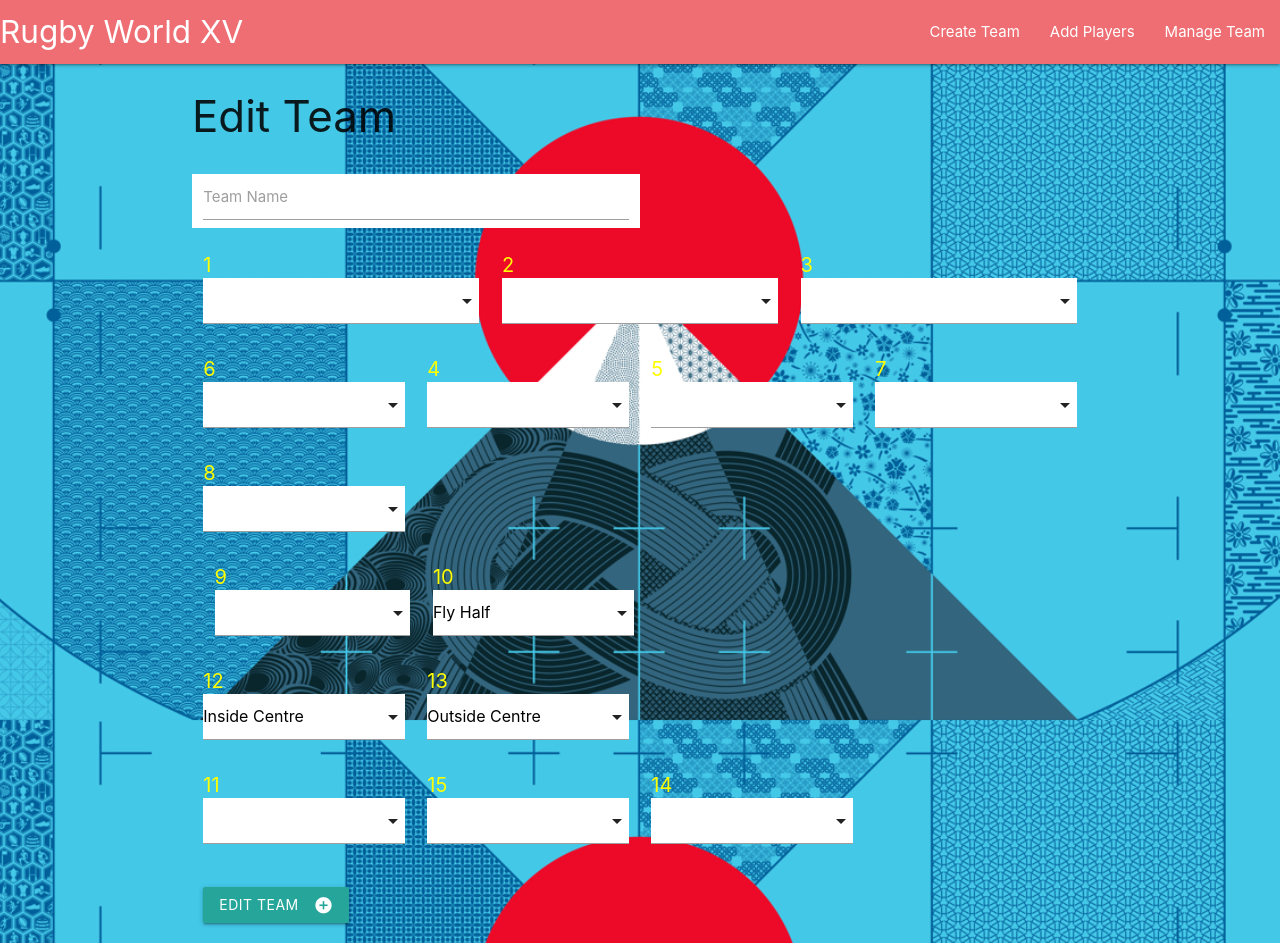
Repository: StephenWhittington/rugby-world-xv
Page: templates/editteam.html
The author's editor kept a record of every edit. The page is drawn from the files as they stood at one moment, then again after the next edit.
The browser window is 1280 px wide. The pictures show the whole page.
Backgrounds fixed to the window are drawn as part of the page. The page is served by the project's application, run on Flask 3 (app.py). The template is opened directly, without the code that normally fills it, so the values that code supplies are empty.

Above is the page before.

### templates/editteam.html
{% extends 'base.html' %} {% block content %}
<h3 class="header-text">Edit Team</h3>
<div class="row">
    <form action="{{ url_for('update_team', team_id=team._id) }}" method="POST" class="col s12">
        <div class="row">
            <div class="input-field input-info col s6">
                <input id="team_name" name="team_name" type="text" class="validate" value="{{team.team_name}}">
                <label for="team_name">Team Name</label>
            </div>
        </div>
        <div class="row">
            <div class="input-field col s4">
                <select id="loose_head_prop" name="loose_head_prop">
                <option value="{{team.loose_head_prop}}">{{team.loose_head_prop}}</option>
                </select>
                <label for="loose_head_prop">1</label>
            </div>
            <div class="input-field col s4">
                <select id="hooker" name="hooker">
                    <option value="{{team.hooker}}">{{team.hooker}}</option>
                    </select>
                <label for="hooker">2</label>
            </div>
            <div class="input-field col s4">
                <select id="tight_head_prop" name="tight_head_prop">


                <option value="{{team.tight_head_prop}}">{{team.tight_head_prop}}</option>

                    </select>
                <label for="tight_head_prop">3</label>
            </div>
        </div>
        <div class="row">
            <div class="input-field col s3">
                <select id="blind_side_flanker" name="blind_side_flanker">

                <option value="{{team.blind_side_flanker}}">{{team.blind_side_flanker}}</option>

                    </select>
                <label for="blind_side_flanker">6</label>
            </div>
            <div class="input-field col s3">
                <select id="second_row" name="second_row">

                <option value="{{team.second_row}}">{{team.second_row}}</option>

                    </select>
                <label for="second_row">4</label>
            </div>
            <div class="input-field col s3">
                <select id="second_row_2" name="second_row_2">

                <option value="{{team.second_row_2}}">{{team.second_row_2}}</option>

                    </select>
                <label for="second_row_2">5</label>
            </div>
            <div class="input-field col s3">
                <select id="open_side_flanker" name="open_side_flanker">

                <option value="{{team.open_side_flanker}}">{{team.open_side_flanker}}</option>

                    </select>
                <label for="open_side_flanker">7</label>
            </div>
        </div>
        <div class="row">
            <div class="input-field col s3">
                <select id="number_eight" name="number_eight">

                <option value="{{team.number_eight}}">{{team.number_eight}}</option>

                    </select>
                <label for="number_eight">8</label>
            </div>
        </div>
        <div clas="row">
            <div class="input-field col s3">
                <select id="scrum_half" name="scrum_half">

                <option value="{{team.scrum_half}}">{{team.scrum_half}}</option>

                    </select>
                <label for="scrum_half">9</label>
            </div>
        </div>
        <div class="row">
            <div class="input-field col s3">
                <select id="fly_half" name="fly_half">
                    <option value="" disabled selected>Fly Half</option>

                <option value="{{team.fly_half}}">{{team.fly_half}}</option>

                    </select>
                <label for="fly_half">10</label>
            </div>
        </div>
        <div class="row">
            <div class="input-field col s3">
                <select id="inside_centre" name="inside_centre">
                    <option value="" disabled selected>Inside Centre</option>

                <option value="{{team.inside_centre}}">{{team.inside_centre}}</option>

                    </select>
                <label for="inside_centre">12</label>
            </div>
            <div class="input-field col s3">
                <select id="outside_centre" name="outside_centre">
                    <option value="" disabled selected>Outside Centre</option>

                <option value="{{team.outside_centre}}">{{team.outside_centre}}</option>

                    </select>
                <label for="outside_centre">13</label>
            </div>
        </div>
        <div class="row">
            <div class="input-field col s3">
                <select id="left_wing" name="left_wing">

                <option value="{{team.left_wing}}">{{team.right_wing}}</option>

                    </select>
                <label for="left_wing">11</label>
            </div>
            <div class="input-field col s3">
                <select id="full_back" name="full_back">

                <option value="{{team.full_back}}">{{team.full_back}}</option>

                    </select>
                <label for="full_back">15</label>
            </div>
            <div class="input-field col s3">
                <select id="right_wing" name="right_wing">

                <option value="{{team.right_wing}}">{{team.right_wing}}</option>

                    </select>
                <label for="right_wing">14</label>
            </div>
        </div>
        <div class="row">
            <div class="col s3">
                <button class="btn waves-effect waves-light" type="submit" name="action">Edit Team
                <i class="material-icons right">add_circle</i>
             </button>
            </div>
        </div>
    </form>
</div>



{% endblock %}

### templates/base.html
<!DOCTYPE html>
<html lang="en">

<head>
    <meta charset="UTF-8">
    <meta name="viewport" content="width=device-width, initial-scale=1.0">
    <meta http-equiv="X-UA-Compatible" content="ie=edge">
    <link href="https://fonts.googleapis.com/icon?family=Material+Icons" rel="stylesheet">
    <link rel="stylesheet" href="https://cdnjs.cloudflare.com/ajax/libs/materialize/1.0.0/css/materialize.min.css">
    <link rel="stylesheet" href="{{url_for('static', filename='css/style.css')}}" type="text/css" />
    <title>World XV</title>
</head>

<body class="background_image">

    <header>
        <nav>
            <div class="nav-wrapper">
                <a href="{{url_for('view_team')}}" class="brand-logo">Rugby World XV</a>
                <a href="#" data-target="mobile-demo" class="sidenav-trigger"><i class="material-icons">menu</i></a>
                <ul id="nav-mobile" class="right hide-on-med-and-down">
                    <li><a href="{{url_for('create_team')}}">Create Team</a></li>
                    <li><a href="{{url_for('new_team')}}">Add Players</a></li>
                    <li><a href="{{url_for('manage_team')}}">Manage Team</a></li>
                </ul>
            </div>
        </nav>
        <ul class="sidenav" id="mobile-demo">
            <li><a href="{{url_for('create_team')}}">Create Team</a></li>
            <li><a href="{{url_for('new_team')}}">Add Players</a></li>
            <li><a href="{{url_for('manage_team')}}">Manage Team</a></li>
        </ul>
    </header>



    <div class="container">
        {% block content %} {% endblock %}
    </div>


    <script src="https://code.jquery.com/jquery-3.4.1.js" integrity="sha256-WpOohJOqMqqyKL9FccASB9O0KwACQJpFTUBLTYOVvVU=" crossorigin="anonymous"></script>
    <script src="https://cdnjs.cloudflare.com/ajax/libs/materialize/1.0.0/js/materialize.min.js"></script>
    <script type="text/javascript">
        $(document).ready(function() {
            $('.collapsible').collapsible();
            $('select').formSelect();
            $('.sidenav').sidenav();
        });
    </script>
</body>

</html>

### app.py
import os
from flask import Flask, render_template, redirect, request, url_for, request
from flask_pymongo import PyMongo
from bson.objectid import ObjectId
from dotenv import load_dotenv
load_dotenv()

app = Flask(__name__)

app.config["MONGO_URI"] = os.getenv("MONGO_URI")

mongo = PyMongo(app)



@app.route('/')
@app.route('/create_team')
def view_team():
    return render_template("team.html",
                            first_players_collection=mongo.db.players.find(),
                            second_players_collection = mongo.db.players.find(),
                            third_players_collection = mongo.db.players.find(),
                            fourth_players_collection = mongo.db.players.find(),
                            fith_players_collection = mongo.db.players.find(),
                            sixth_players_collection = mongo.db.players.find(),
                            seventh_players_collection = mongo.db.players.find(),
                            eighth_players_collection = mongo.db.players.find(),
                            ninth_players_collection = mongo.db.players.find(),
                            tenth_players_collection = mongo.db.players.find(),
                            eleventh_players_collection = mongo.db.players.find(),
                            twelth_players_collection = mongo.db.players.find(),
                            thirteenth_players_collection = mongo.db.players.find(),
                            fourteenth_players_collection = mongo.db.players.find(),
                            fithteenth_players_collection = mongo.db.players.find())


@app.route('/new_team')
def new_team():
    return render_template("addplayers.html",
                            addplayers=mongo.db.players.find())

@app.route('/add_player', methods=['POST'])
def add_player():
    addplayers = mongo.db.players
    addplayers.insert_one(request.form.to_dict())
    return redirect(url_for('create_team'))

@app.route('/create_team')
def create_team():
    return render_template("team.html",
                            first_players_collection=mongo.db.players.find())

@app.route('/add_team', methods=['POST'])
def add_team():
    team =  mongo.db.team
    team.insert_one(request.form.to_dict())
    return redirect(url_for('manage_team'))

@app.route('/manage_team')
def manage_team():
    return render_template("manageteam.html",
                            team=mongo.db.team.find())

@app.route('/delete_team/<team_id>')
def delete_team(team_id):
    mongo.db.team.remove({'_id': ObjectId(team_id)})
    return redirect(url_for('manage_team'))

@app.route('/edit_team/<team_id>')
def edit_team(team_id):
    the_task =  mongo.db.team.find_one({"_id": ObjectId(team_id)})
    all_categories =  mongo.db.team.find()
    return render_template('editteam.html', task=the_task,
                           categories=all_categories)

@app.route('/update_team/<team_id>', methods=["POST"])
def update_team(team_id):
    team = mongo.db.team
    team.update( {'_id': ObjectId(team_id)},
    {
        'loose_head_prop':request.form.get('loose_head_prop'),
        'hooker':request.form.get('hooker'),
        'tight_head_prop': request.form.get('tight_head_prop'),
        'blind_side_flanker': request.form.get('blind_side_flanker'),
        'second_row':request.form.get('second_row'),
        'second_row_2':request.form.get('second_row_2'),
        'open_side_flanker':request.form.get('open_side_flanker'),
        'number_eight':request.form.get('number_eight'),
        'scrum_half':request.form.get('scrum_half'),
        'fly_half':request.form.get('fly_half'),
        'inside_centre':request.form.get('outside_centre'),
        'outside_centre':request.form.get('outside_centre'),
        'left_wing':request.form.get('left_wing'),
        'full_back':request.form.get('full_back'),
        'right_wing':request.form.get('right_wing')
    })
    return redirect(url_for('manage_team'))


if __name__ == '__main__':
    app.run(host=os.environ.get('IP'),
            port=int(os.environ.get('PORT')),
            debug=True)

### static/css/style.css
.background_image {
    height: 100vh;
    background: url("../images/worldcupback.jpg") no-repeat center center fixed;
    -webkit-background-size: cover;
    -moz-background-size: cover;
    -o-background-size: cover;
    background-size: cover;
    align-items: center;
    position: relative;
    justify-content: center;
}

.select-wrapper {
    background-color: white;
}


.select-wrapper+label {
    position: absolute;
    top: -40px;
    font-size: 20px;
    color: yellow;
}

.input-info {
    background-color: white;
}

After the next edit:
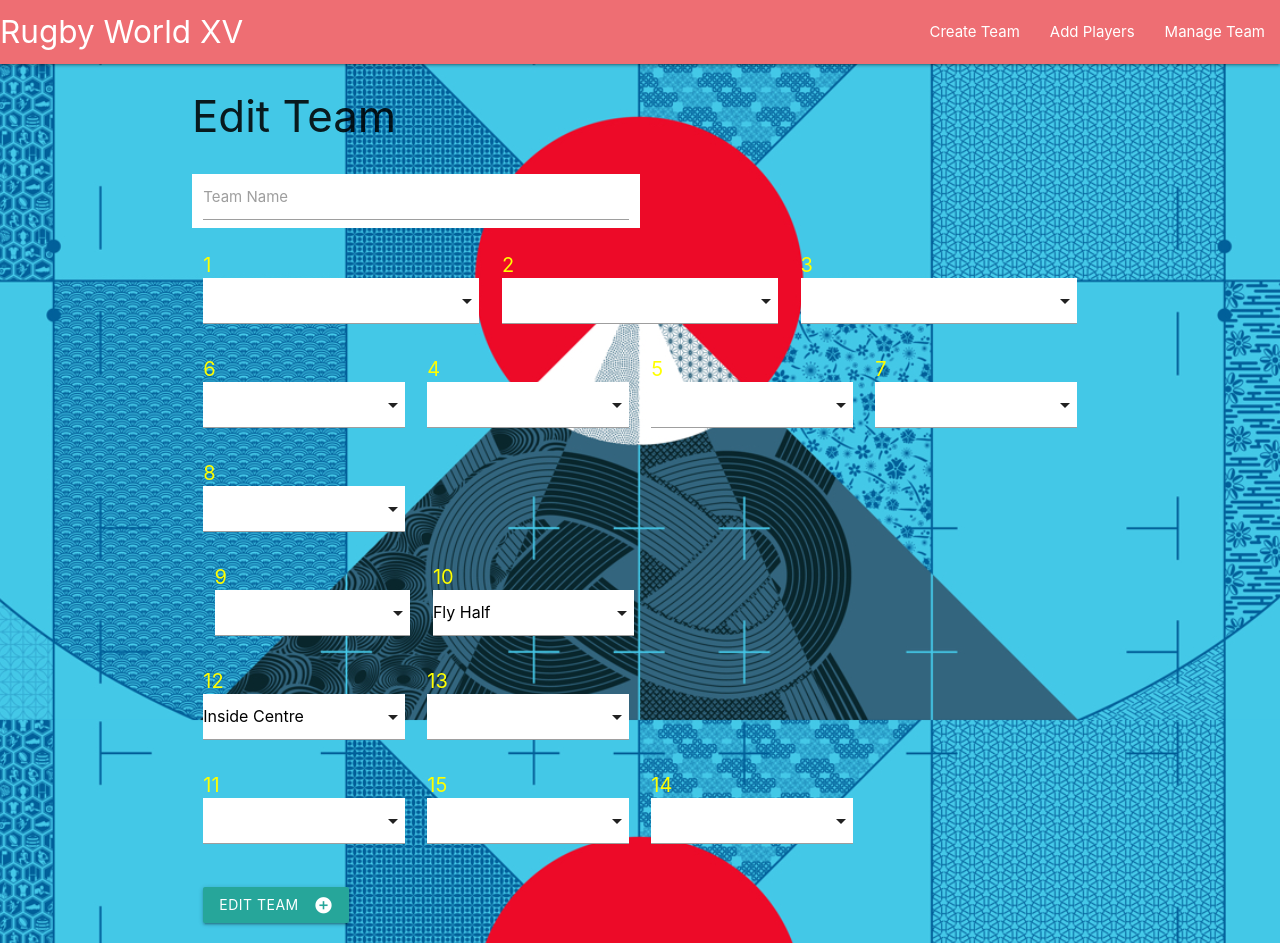
The edit:
--- a/templates/editteam.html
+++ b/templates/editteam.html
@@ -108,7 +108,6 @@
             </div>
             <div class="input-field col s3">
                 <select id="outside_centre" name="outside_centre">
-                    <option value="" disabled selected>Outside Centre</option>
 
                 <option value="{{team.outside_centre}}">{{team.outside_centre}}</option>
 
